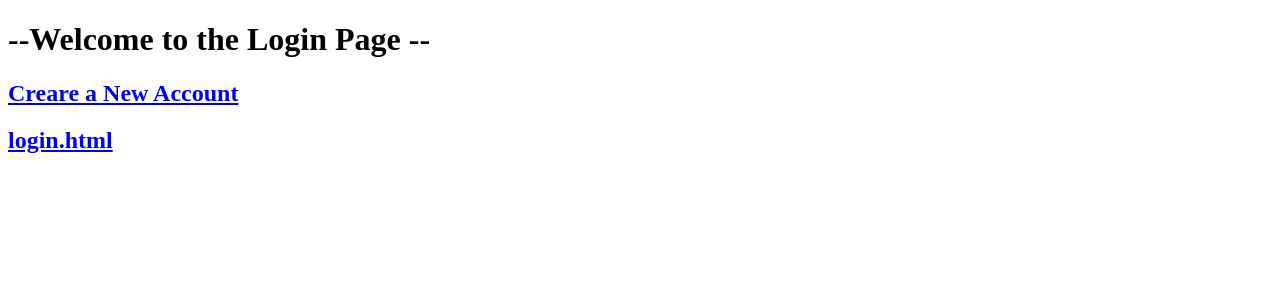
Repository: Nitingupta04/work
Page: Servlet_Projects/Jtc1/src/main/webapp/login.html
The author's editor kept a copy of each file at every save. The page is drawn from the files as they stood at one save, then again after the next save.
The browser window is 1280 px wide. The pictures show the whole page.

Above is the page before, as saved 2024-06-28 05:06:11.

### Servlet_Projects/Jtc1/src/main/webapp/login.html
<!DOCTYPE html>
<html>

<head>
	<meta charset="ISO-8859-1">
	<title>Login Servlet</title>
</head>

<body>
	<h1>--Welcome to the Login Page -- </h1>

	<h2><a href=newaccount.html>Creare a New Account </a></h2>
	<h2><a href="Login ">login.html</a></h2>

</body>

</html>

After the next save:
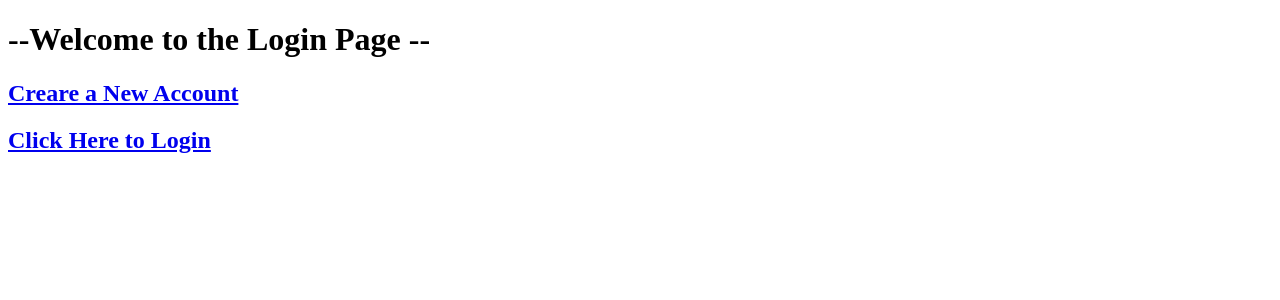
Saved 35 s later.
--- a/Servlet_Projects/Jtc1/src/main/webapp/login.html
+++ b/Servlet_Projects/Jtc1/src/main/webapp/login.html
@@ -10,7 +10,7 @@
 	<h1>--Welcome to the Login Page -- </h1>
 
 	<h2><a href=newaccount.html>Creare a New Account </a></h2>
-	<h2><a href="Login ">login.html</a></h2>
+	<h2><a href=login.html>Click Here to Login</a></h2>
 
 </body>
 
